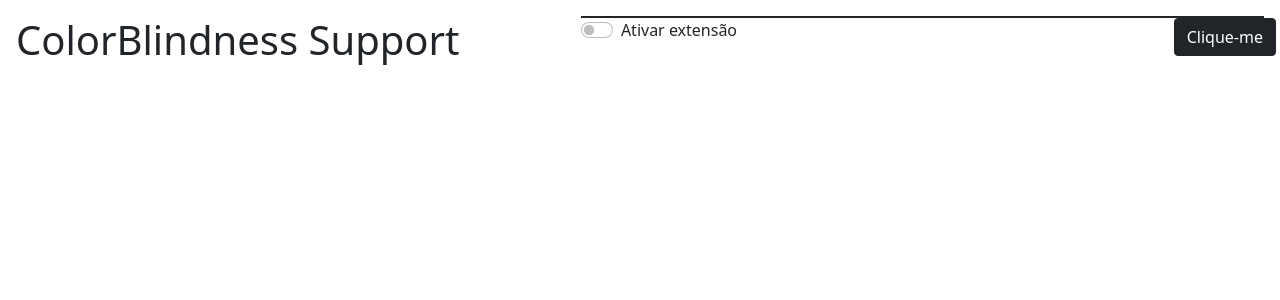
Repository: pedrosiqueira/daltonchrome
Page: popup.html
These files come from the project's save history. The page is drawn as it stood at one moment and after the next save; the edit follows.
The browser window is 1280 px wide. The pictures show the whole page.

Above is the page before, as saved 2022-05-23 15:18:40.

### popup.html
<!DOCTYPE html>
<html>

<head>
    <meta charset="utf-8" />
    <link href="css/vendor/bootstrap.min.css" rel="stylesheet" crossorigin="anonymous">
    <link rel="stylesheet" type="text/css" href="css/popup.css" />
</head>

<body class="
table
p-3
d-flex
">
<thead>
<tr>
    <h1 class=" col
    title
    ">ColorBlindness Support
    <div class="
    form-check
    form-switch
    ">
</h1>
<div class="form-check form-switch col">
    <input class="form-check-input" type="checkbox" id="flexSwitchCheckChecked" >
    <label class="form-check-label" for="flexSwitchCheckChecked">Ativar extensão</label>
  </div>
<div>
    <button id="meubotao" type="button" class="
    btn
    row
    w-10
    h-15
    btn-dark
    ">
    Clique-me
</button>

</div>
    <script src="js/vendor/jquery-3.6.0.min.js"></script>
    <script src="js/vendor/bootstrap.bundle.min.js"></script>
    <script src="js/popup.js"></script>
</thead>
</tr>
</body>

</html>

### js/popup.js
start()

function start() {
    $("#meubotao").click(umafuncao)
}


async function umafuncao() {

    // obtém a aba atual
    [currentTab] = await chrome.tabs.query({ active: true, currentWindow: true });

    // envia mensagem para a aba atual
    chrome.tabs.sendMessage(currentTab.id, { nome: "Carol", curso: "TADS", orientador: "pedro" }, callback);


}

// funcao que recebe a resposta da mensagem que foi enviada para alguma aba
function callback(response) {
    console.log("ufa, a mensagem conseguiu chegar!")
    console.log(response)
}

Loaded but not shown: css/vendor/bootstrap.min.css (library); js/vendor/jquery-3.6.0.min.js (library); js/vendor/bootstrap.bundle.min.js (library); css/popup.css (no copy from this time; the picture is the same without it)

After the next save:
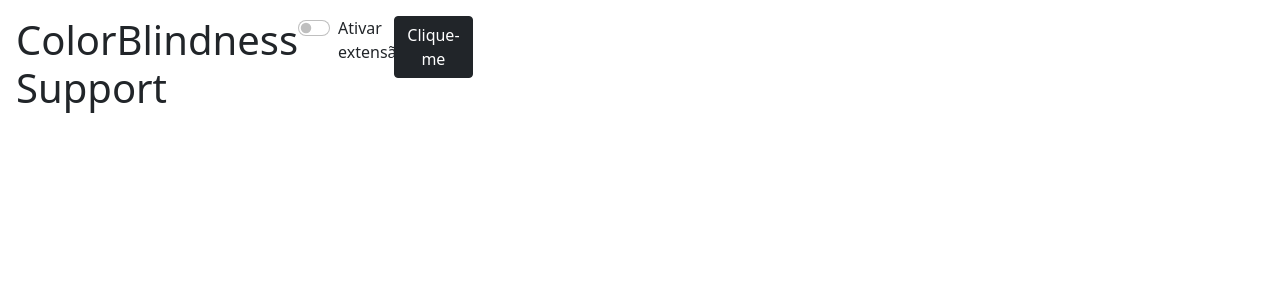
Saved 36 s later.
--- a/popup.html
+++ b/popup.html
@@ -8,10 +8,11 @@
 </head>
 
 <body class="
-table
 p-3
 d-flex
 ">
+
+<table class="table">
 <thead>
 <tr>
     <h1 class=" col
@@ -43,6 +44,7 @@ d-flex
     <script src="js/popup.js"></script>
 </thead>
 </tr>
+</table>
 </body>
 
 </html>
